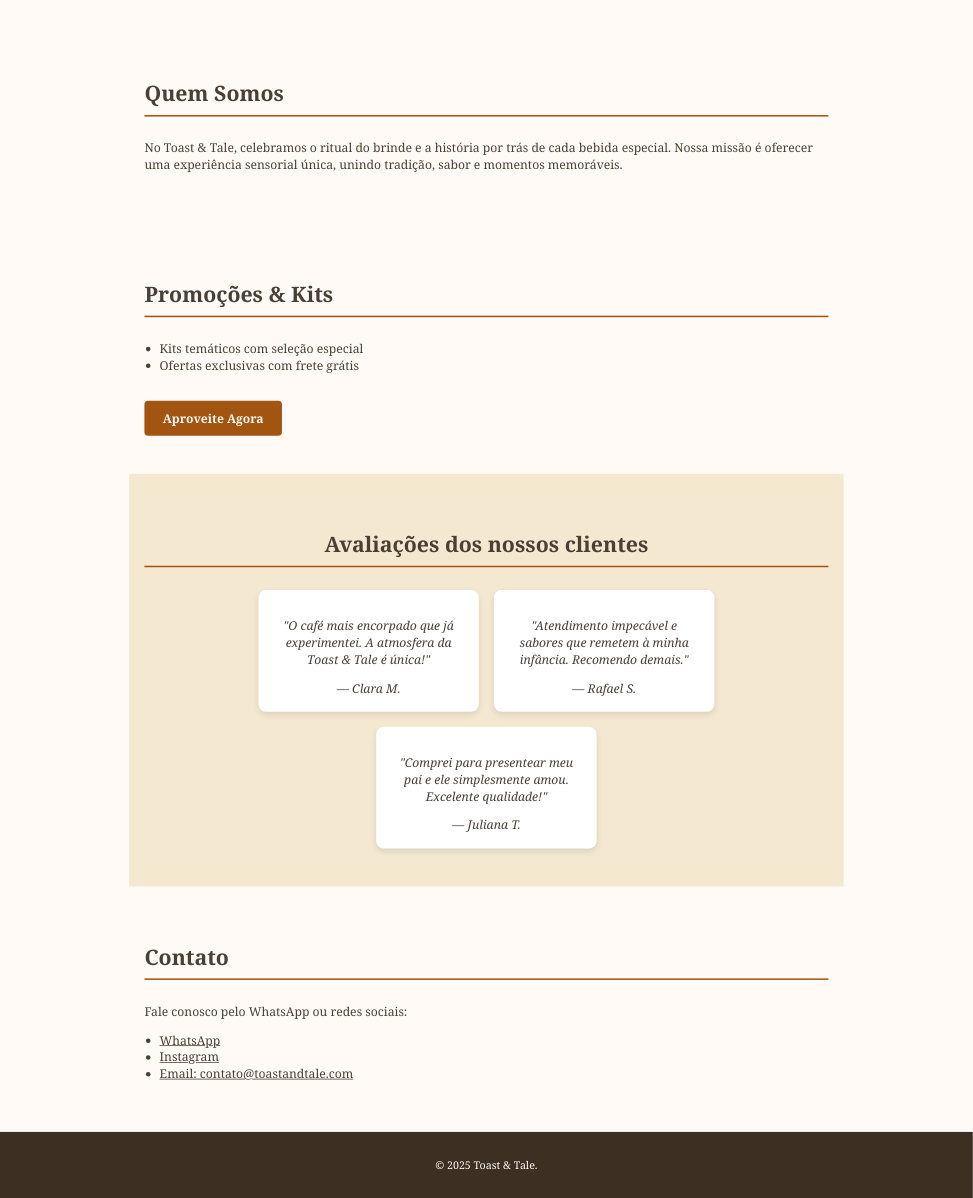
Repository: rayanereisg/landing-page-coffee
Page: pag.html
These files come from the project's save history. The page is drawn as it stood at one moment and after the next save; the edit follows.
The browser window is 1280 px wide. The pictures show the part of the page from y = 1353 to 2929 px (the page is 2929 px tall before and 2666 px after), at 76% of full size.
A picture or video elsewhere on the page could not be fetched, so the positions and the page height are approximate.

Above is the page before, as saved 2025-07-09 23:46:47.

### pag.html
<!DOCTYPE html>
<html lang="pt-BR">
<head>
  <meta charset="UTF-8" />
  <meta name="viewport" content="width=device-width, initial-scale=1" />
  <title>Toast & Tale - Bebidas Especiais</title>
  <link rel="stylesheet" href="estilo.css" />
  <link rel="icon" type="image/png" href="imagem/logo3.png">
</head>
<body>
  <header>
    <h1>Toast & Tale</h1>
    <p>Brinde à história com bebidas especiais, sabor e tradição em cada gole.</p>
  </header>

  <section id="produtos" class="produtos">
    <h2>Explore Nossos Produtos</h2>
    <ul>
      <li>Licores especiais</li>
      <li>Vinhos selecionados</li>
      <li>Cafés especiais e blends exclusivos</li>
      <li>Kits & Cestas Personalizadas</li>
    </ul>
    <a href="#" class="botao">Ver Loja Completa</a>

    <div class="grade-produtos">
      <div class="produto">
        <img src="imagem/blend-aurora.jpg" alt="Blend Aurora">
        <h3>Blend Aurora</h3>
        <p>Café suave com notas de caramelo e nozes.</p>
      </div>
      <div class="produto">
        <img src="imagem/cafe-poente.jpg" alt="Café Poente">
        <h3>Café Poente</h3>
        <p>Intenso, com aroma de cacau e especiarias.</p>
      </div>
      <div class="produto">
        <img src="imagem/kit-degustacao.jpg" alt="Kit Vintage Degustação">
        <h3>Kit Vintage Degustação</h3>
        <p>Combo com 3 sabores clássicos.</p>
      </div>
      <div class="produto">
        <img src="imagem/copo-retro.jpg" alt="Copo Toast & Tale">
        <h3>Copo Toast & Tale</h3>
        <p>Design retrô exclusivo, edição limitada.</p>
      </div>
    </div>
  </section>

  <section id="sobre" class="sobre">
    <h2>Quem Somos</h2>
    <p>
      No Toast & Tale, celebramos o ritual do brinde e a história por trás de cada bebida especial. Nossa missão é oferecer uma experiência sensorial única, unindo tradição, sabor e momentos memoráveis.
    </p>
  </section>

  <section id="promocoes" class="categorias">
    <h2>Promoções & Kits</h2>
    <ul>
      <li>Kits temáticos com seleção especial</li>
      <li>Ofertas exclusivas com frete grátis</li>
    </ul>
    <a href="#" class="botao">Aproveite Agora</a>
  </section>

  <section id="avaliacoes" class="avaliacoes">
    <h2>Avaliações dos nossos clientes</h2>
    <div class="cards-avaliacoes">
      <div class="card-avaliacao">
        <p>"O café mais encorpado que já experimentei. A atmosfera da Toast & Tale é única!"</p>
        <span>— Clara M.</span>
      </div>
      <div class="card-avaliacao">
        <p>"Atendimento impecável e sabores que remetem à minha infância. Recomendo demais."</p>
        <span>— Rafael S.</span>
      </div>
      <div class="card-avaliacao">
        <p>"Comprei para presentear meu pai e ele simplesmente amou. Excelente qualidade!"</p>
        <span>— Juliana T.</span>
      </div>
    </div>
  </section>

  <section id="contato" class="contato">
    <h2>Contato</h2>
    <p>Fale conosco pelo WhatsApp ou redes sociais:</p>
    <ul>
      <li><a href="https://wa.me/seunumero" target="_blank" rel="noopener noreferrer">WhatsApp</a></li>
      <li><a href="https://instagram.com/toastandtale" target="_blank" rel="noopener noreferrer">Instagram</a></li>
      <li><a href="mailto:contato@toastandtale.com">Email: contato@toastandtale.com</a></li>
    </ul>
  </section>

  <footer>
    <p>&copy; 2025 Toast & Tale.</p>
  </footer>
</body>
</html>

### estilo.css
/* Estilos base */
body {
  margin: 0;
  font-family: 'Georgia', serif;
  background-color: #fffaf5;
  color: #4a3f35;
}

header {
  background-color: #a25511;
  background-image: url('imagem/image.png');
  background-size: cover;
  background-position: center;
  height: 40px;
  display: flex;
  flex-direction: column;
  justify-content: center;
  align-items: center;
  text-align: center;
  padding: 100px 20px;
  color: #fffaf5;
}

header h1 {
  font-size: 40px;
  margin: 0;
}

header p {
  font-size: 18px;
  margin-top: 10px;
  max-width: 700px;
}

nav {
  background-color: #3e2f23;
  padding: 10px;
  text-align: center;
}

nav a {
  color: #fffaf5;
  text-decoration: none;
  margin: 0 15px;
  font-weight: bold;
}

nav a:hover {
  text-decoration: underline;
}

section {
  padding: 50px 20px;
  max-width: 900px;
  margin: 0 auto;
}

h2 {
  font-size: 28px;
  border-bottom: 2px solid #a25511;
  padding-bottom: 10px;
  margin-bottom: 30px;
}

ul {
  list-style-type: disc;
  padding-left: 20px;
}

.botao {
  display: inline-block;
  margin-top: 20px;
  padding: 12px 24px;
  background-color: #a25511;
  color: #fffaf5;
  text-decoration: none;
  border-radius: 5px;
  font-weight: bold;
  transition: background-color 0.3s;
}

.botao:hover {
  background-color: #7e3f0d;
}

footer {
  background-color: #3e2f23;
  color: #fffaf5;
  text-align: center;
  padding: 20px;
  font-size: 14px;
}

.contato a {
  color: #4a3f35;
  text-decoration: underline;
}

.contato a:hover {
  color: #a25511;
}

/* ----------------------------- */
/* NOVO: Vitrine de Produtos     */
/* ----------------------------- */

.grade-produtos {
  display: grid;
  grid-template-columns: repeat(auto-fit, minmax(220px, 1fr));
  gap: 30px;
  margin-top: 30px;
}

.produto {
  background-color: #ffffff;
  padding: 15px;
  border-radius: 10px;
  box-shadow: 0 2px 6px rgba(0, 0, 0, 0.1);
  text-align: center;
}

.produto img {
  max-width: 100%;
  border-radius: 8px;
  margin-bottom: 10px;
}

/* ----------------------------- */
/* NOVO: Avaliações dos Clientes */
/* ----------------------------- */

.avaliacoes {
  background-color: #f4e8d1;
  padding: 50px 20px;
  text-align: center;
}

.cards-avaliacoes {
  display: flex;
  flex-wrap: wrap;
  justify-content: center;
  gap: 20px;
  margin-top: 20px;
}

.card-avaliacao {
  background-color: #ffffff;
  padding: 20px;
  width: 250px;
  border-radius: 10px;
  font-style: italic;
  box-shadow: 0 4px 8px rgba(0, 0, 0, 0.1);
}

After the next save:
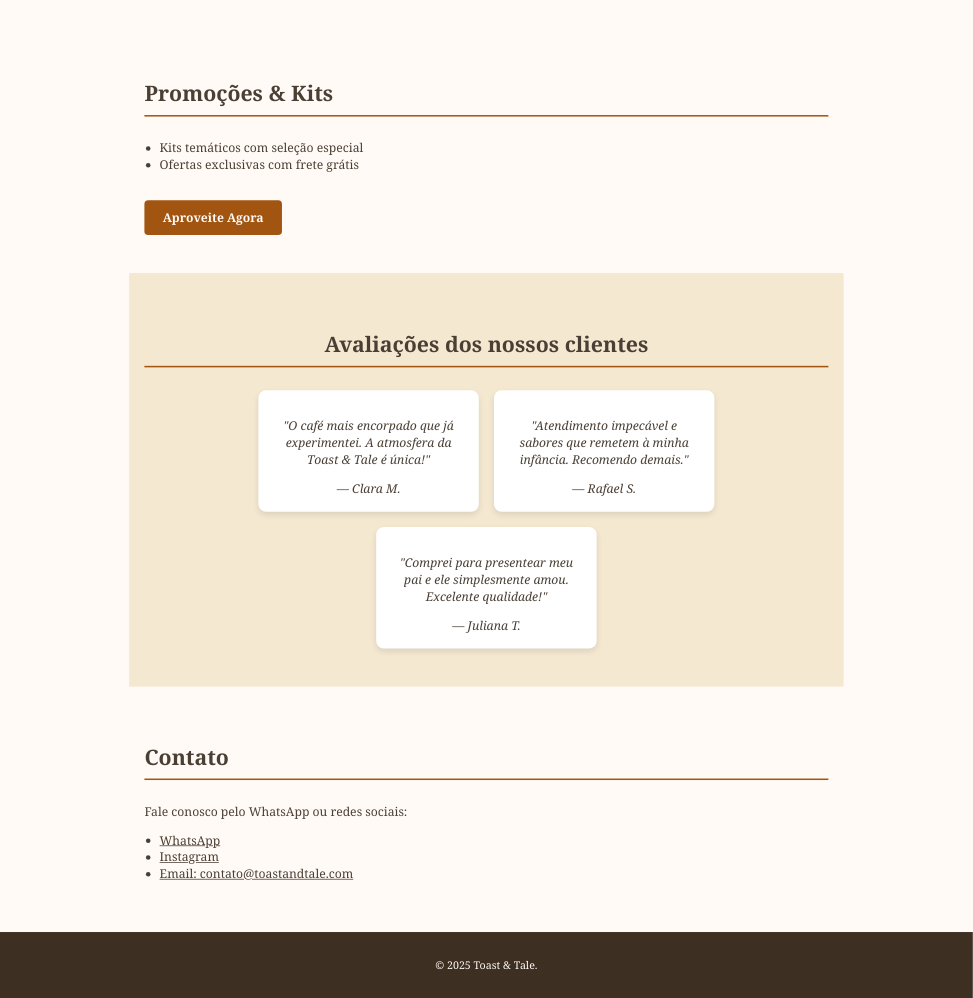
Saved 20 s later.
--- a/pag.html
+++ b/pag.html
@@ -47,13 +47,6 @@
     </div>
   </section>
 
-  <section id="sobre" class="sobre">
-    <h2>Quem Somos</h2>
-    <p>
-      No Toast & Tale, celebramos o ritual do brinde e a história por trás de cada bebida especial. Nossa missão é oferecer uma experiência sensorial única, unindo tradição, sabor e momentos memoráveis.
-    </p>
-  </section>
-
   <section id="promocoes" class="categorias">
     <h2>Promoções & Kits</h2>
     <ul>
